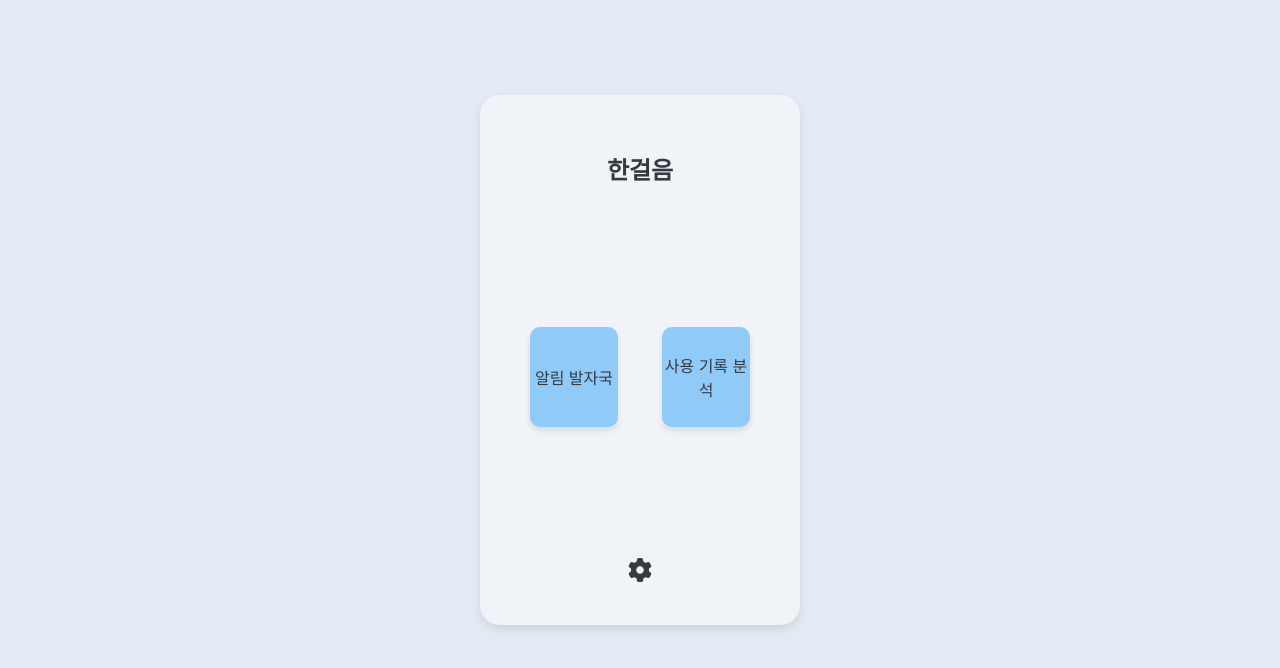
Repository: step-by-steps/step_by_steps_web
Page: http://localhost/index
These files come from the project's save history. The page is drawn as it stood at one moment and after the next save; the edit follows.
The browser window is 1280 px wide. The pictures show the whole page.
The page is served by the project's application, run on Flask 3 (main.py). The session is filled in as if someone had signed in: {"username": "testuser"}.

Above is the page before, as saved 2024-08-19 01:52:29.

After the next save:
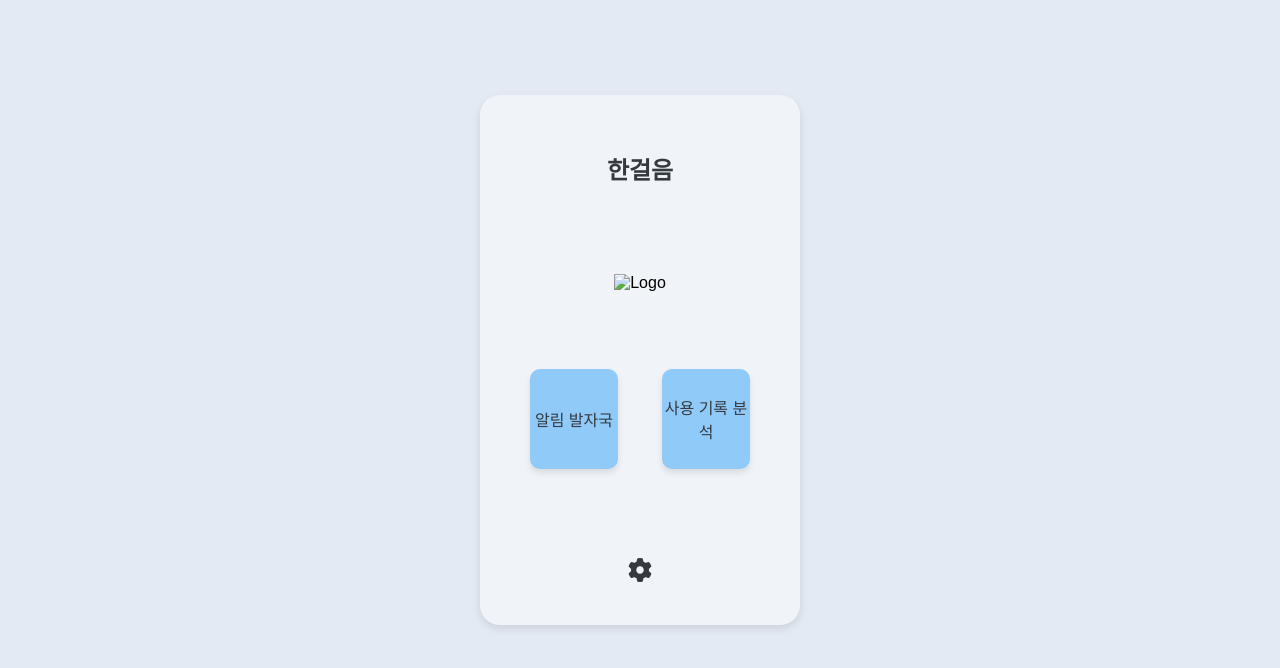
Not found: static/images/footprint_logo.png
Saved 4 min 24 s later.
--- a/templates/index.html
+++ b/templates/index.html
@@ -11,6 +11,11 @@
     <div class="container">
         <h1>한걸음</h1>
 
+        <!-- 이미지 추가 -->
+        <div class="logo-container">
+            <img src="{{ url_for('static', filename='images/footprint_logo.png') }}" alt="Logo" class="logo-image">
+        </div>
+
         <div class="buttons">
             <a href="{{ url_for('step2') }}" class="btn">알림 발자국</a>
             <a href="{{ url_for('step3') }}" class="btn">사용 기록 분석</a>
